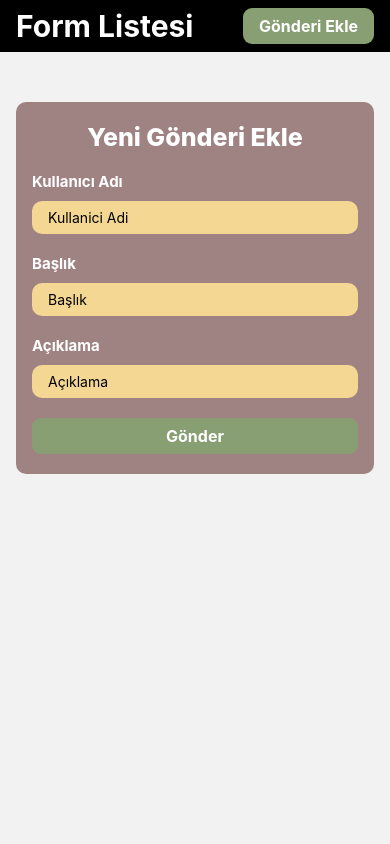
Repository: Kubraaygun/FirebaseRN
Screen: /
An editor plug-in stored every save of this project. The screen is shown before and after the next save, followed by the edit.
The app was drawn by React Native's web renderer in a window 390 px wide. The project was rebuilt for these pictures with package versions that can differ from the ones it lists, and the page was loaded fresh each time. Also part of the build but not shown: src/screens/ListPost/ListPostView.jsx, src/screens/ListPost/ListPostController.jsx.

Above is the screen before, as saved 2025-01-20 20:54:16.

### App.js
import {SafeAreaView, StyleSheet, Text, View} from 'react-native';
import React, {useState} from 'react';
import {createNativeStackNavigator} from '@react-navigation/native-stack';
import {NavigationContainer} from '@react-navigation/native';
import ListPostController from './src/screens/ListPost/ListPostController';
import AddPostController from './src/screens/AddPost/AddPostController';
import AppBar from './src/screens/component/AppBar';

const App = () => {
  const [activePage, setActivePage] = useState('Gönderiler');
  const Stack = createNativeStackNavigator();
  return (
    <SafeAreaView style={{flex: 1}}>
      <NavigationContainer>
        <AppBar activePage={activePage} setActivePage={setActivePage} />
        <Stack.Navigator
          screenOptions={{headerShown: false}}
          initialRouteName="AddPost">
          <Stack.Screen name="ListPost" component={ListPostController} />
          <Stack.Screen name="AddPost" component={AddPostController} />
        </Stack.Navigator>
      </NavigationContainer>
    </SafeAreaView>
  );
};

export default App;

const styles = StyleSheet.create({});

### src/screens/AddPost/AddPostController.jsx
import {StyleSheet, Text, View} from 'react-native';
import React from 'react';
import AddPostView from './AddPostView';

const AddPostController = () => {
  return <AddPostView />;
};

export default AddPostController;

const styles = StyleSheet.create({});

### src/screens/component/AppBar.jsx
import {StyleSheet, Text, View} from 'react-native';
import React from 'react';
import CustomButton from './CustomButton';
import {useNavigation} from '@react-navigation/native';

const AppBar = ({activePage, setActivePage}) => {
  const navigation = useNavigation();
  return (
    <View style={styles.container}>
      <Text style={styles.title}>Form Listesi</Text>
      {activePage === 'Gönderiler' ? (
        <CustomButton
          buttonTitle={'Gönderi Ekle'}
          onPress={() => {
            setActivePage('Gönderi Ekle');
            navigation.navigate('AddPost');
          }}
        />
      ) : (
        <CustomButton
          buttonTitle={'Gönderi Listesi'}
          onPress={() => {
            setActivePage('Gönderiler');
            navigation.navigate('ListPost');
          }}
        />
      )}
    </View>
  );
};

export default AppBar;

const styles = StyleSheet.create({
  container: {
    backgroundColor: '#000000',
    flexDirection: 'row',
    justifyContent: 'space-between',
    paddingHorizontal: 16,
    paddingVertical: 8,
    alignItems: 'center',
  },
  title: {
    color: 'white',
    fontSize: 30,
    fontWeight: '700',
  },
});

### src/screens/AddPost/AddPostView.jsx
import {StyleSheet, Text, TextInput, View} from 'react-native';
import React from 'react';
import CustomButton from '../component/CustomButton';

const AddPostView = () => {
  return (
    <View style={styles.form}>
      <Text style={styles.formTitle}>Yeni Gönderi Ekle</Text>
      <View style={styles.inputGroup}>
        <Text style={styles.label}>Kullanıcı Adı</Text>
        <TextInput
          style={styles.input}
          placeholder="Kullanici Adi"
          placeholderTextColor={'black'}
        />
      </View>

      <View style={styles.inputGroup}>
        <Text style={styles.label}>Başlık</Text>
        <TextInput
          style={styles.input}
          placeholder="Başlık"
          placeholderTextColor={'black'}
        />
      </View>

      <View style={styles.inputGroup}>
        <Text style={styles.label}>Açıklama</Text>
        <TextInput
          style={styles.input}
          placeholder="Açıklama"
          placeholderTextColor={'black'}
        />
      </View>

      <CustomButton buttonTitle={'Gönder'} />
    </View>
  );
};

export default AddPostView;

const styles = StyleSheet.create({
  form: {
    backgroundColor: '#9F8383',
    marginVertical: 50,
    marginHorizontal: 16,
    paddingHorizontal: 16,
    paddingVertical: 20,
    borderRadius: 10,
    gap: 20,
  },
  inputGroup: {
    gap: 10,
  },
  formTitle: {
    color: '#FFFFFF',
    textAlign: 'center',
    fontSize: 25,
    fontWeight: '800',
  },
  label: {
    color: '#FFFFFF',
    fontSize: 15,
    fontWeight: '700',
  },
  input: {
    backgroundColor: '#F4D793',
    paddingHorizontal: 16,
    paddingVertical: 8,
    borderRadius: 10,
  },
});

### src/screens/component/CustomButton.jsx
import {StyleSheet, Text, TouchableOpacity, View} from 'react-native';
import React from 'react';

const CustomButton = ({buttonTitle, onPress}) => {
  return (
    <TouchableOpacity onPress={onPress} style={styles.buttonContainer}>
      <Text style={styles.buttonTitle}>{buttonTitle}</Text>
    </TouchableOpacity>
  );
};

export default CustomButton;

const styles = StyleSheet.create({
  buttonContainer: {
    backgroundColor: '#889E73',
    paddingHorizontal: 16,
    paddingVertical: 8,
    borderRadius: 9,
    alignItems: 'center',
    justifyContent: 'center',
  },
  buttonTitle: {
    color: '#ffffff',
    fontSize: 16,
    fontWeight: '700',
  },
});

After the next save:
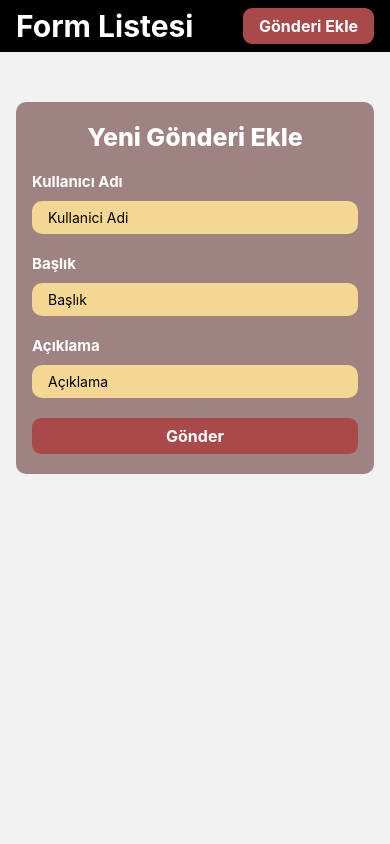
Saved 6 s later.
--- a/src/screens/component/CustomButton.jsx
+++ b/src/screens/component/CustomButton.jsx
@@ -13,7 +13,7 @@ export default CustomButton;
 
 const styles = StyleSheet.create({
   buttonContainer: {
-    backgroundColor: '#889E73',
+    backgroundColor: '#A94A4A',
     paddingHorizontal: 16,
     paddingVertical: 8,
     borderRadius: 9,
